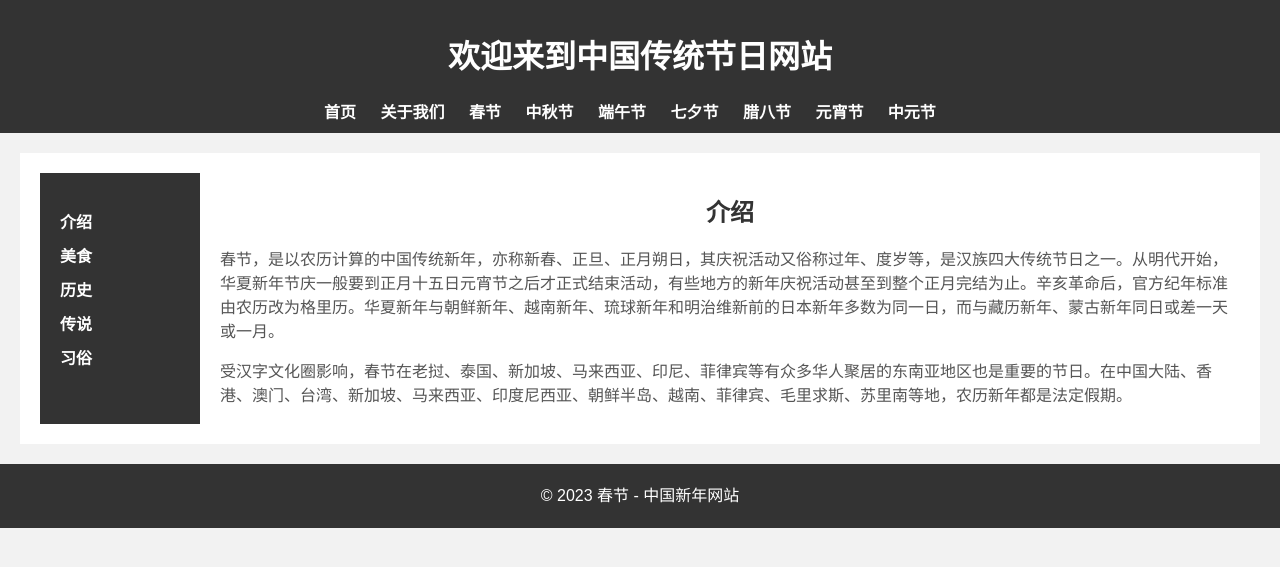
Repository: XueJie1/computer-operation-basics
Page: pages/springfes/springfestival.html
The author's editor kept a copy of each file at every save. The page is drawn from the files as they stood at one save, then again after the next save.
The browser window is 1280 px wide. The pictures show the whole page.

Above is the page before, as saved 2023-09-04 17:07:32.

After the next save:
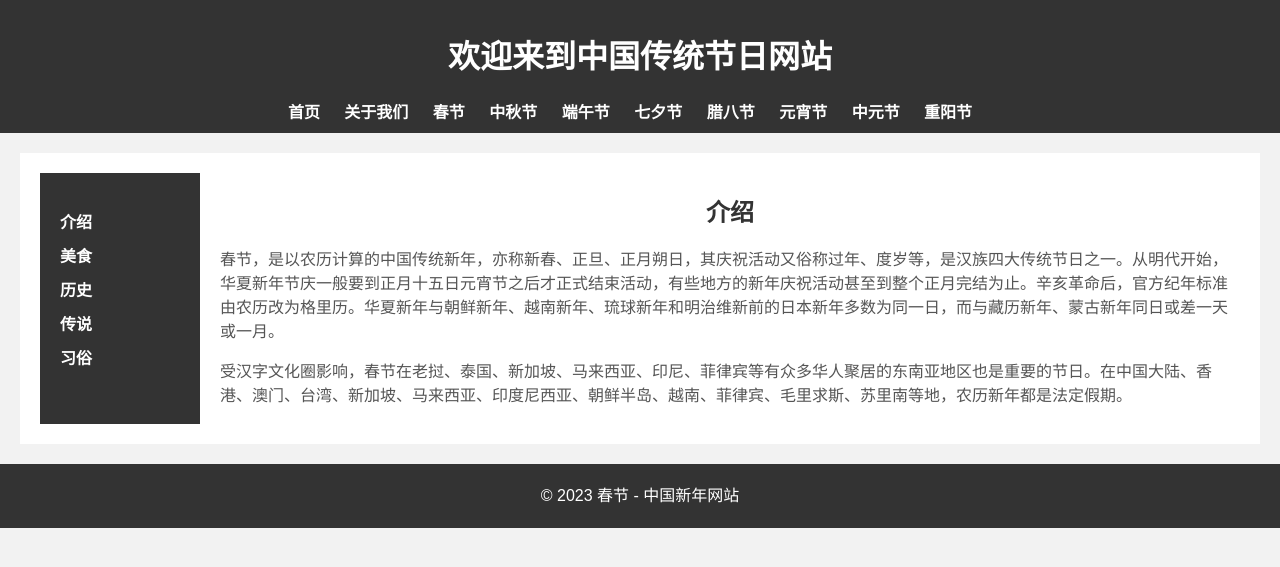
Saved 18 s later.
--- a/pages/springfes/springfestival.html
+++ b/pages/springfes/springfestival.html
@@ -24,6 +24,7 @@
                 <li><a href="../labafes/labafestival.html">腊八节</a></li>
                 <li><a href="../lanternfes/lanternfestival.html">元宵节</a></li>
                 <li><a href="../hungryghostfes/hungryghostfestival.html">中元节</a></li>
+                <li><a href="../doubleninthfes/doubleninthfestival.html">重阳节</a></li>
             </ul>
         </nav>
     </div>
